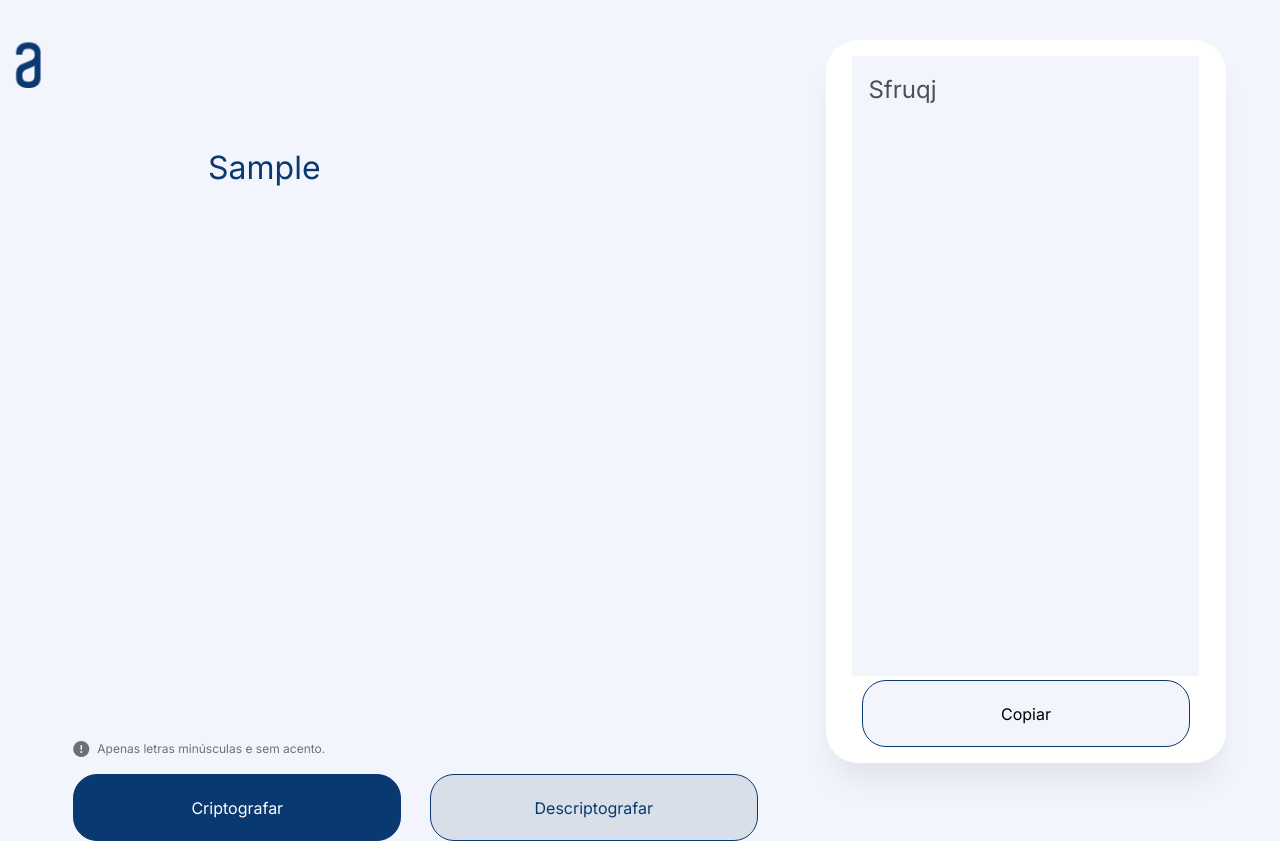
Repository: CarlosEduardoVdeOliveira/descodificador-de-texto
Page: index.html
These files come from the project's save history. The page is drawn as it stood at one moment and after the next save; the edit follows.
The browser window is 1280 px wide. The pictures show the whole page.
Empty fields were first filled with sample values (such as "Sample", 5 or name@example.com).
After loading, the first visible `button.button-cryptography` was clicked once.

Above is the page before, as saved 2023-04-15 12:59:25.

After the next save:
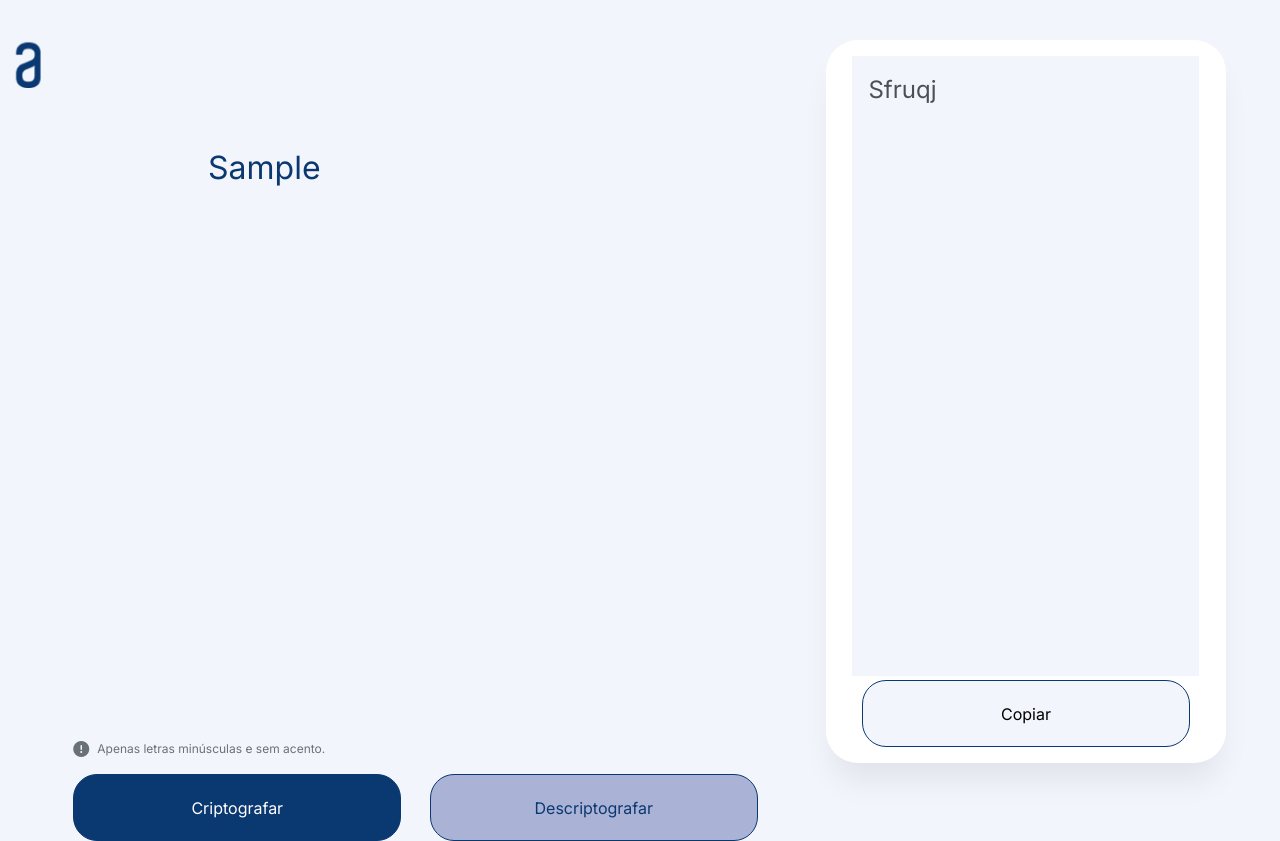
Saved 3 min 53 s later.
--- a/src/scripts/index.js
+++ b/src/scripts/index.js
@@ -37,6 +37,7 @@ function cipherOfCesar(text, jump){
 function disabledButtonDecrypt(){
    buttonDecryption.removeAttribute("disabled");
    buttonDecryption.style.cursor = 'pointer';
+   buttonDecryption.style.backgroundColor = '#AAB2D5';
 }
 
 
